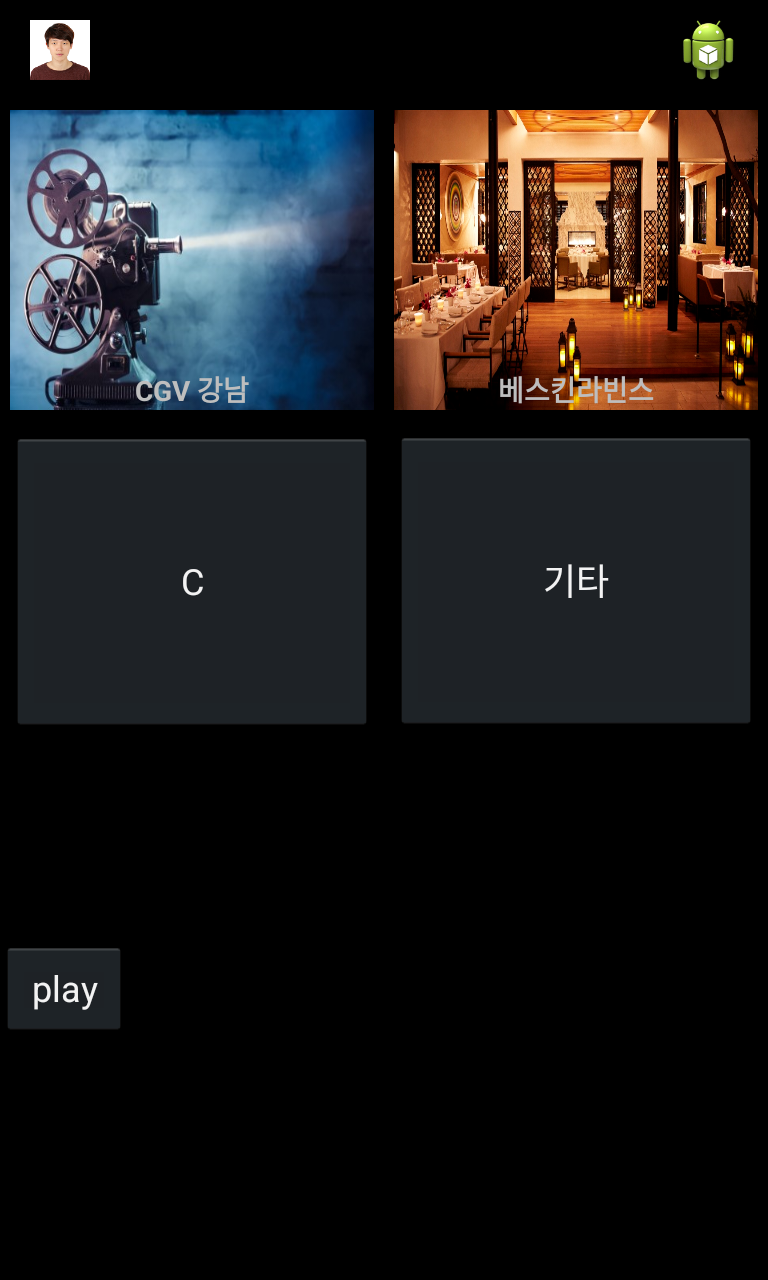
Repository: Minsu-Daniel-Kim/tipinboard1.0
Layout: TipinBoard1.0/res/layout/activity_main.xml
These files come from the project's save history. The layout is drawn as it stood at one moment and after the next save; the edit follows.
It is drawn on a 768 x 1280 px phone screen (xhdpi) without system bars, with theme android:Theme.Holo; the app's code is not run.

Above is the layout before, as saved 2013-04-15 14:13:39.

### TipinBoard1.0/res/layout/activity_main.xml
<?xml version="1.0" encoding="utf-8"?>
<LinearLayout xmlns:android="http://schemas.android.com/apk/res/android"
    android:layout_width="fill_parent"
    android:layout_height="fill_parent"
    android:orientation="vertical" >

    <RelativeLayout
        android:id="@+id/imageView1"
        android:layout_width="fill_parent"
        android:layout_height="50dp"
        android:orientation="horizontal" >

        <RelativeLayout
            android:id="@+id/imageView1"
            android:layout_width="fill_parent"
            android:layout_height="50dp"
            android:onClick="myPage"
            android:orientation="horizontal" >

            <ImageView
                android:id="@+id/iv_profile"
                android:layout_width="40dp"
                android:layout_height="40dp"
                android:layout_alignParentBottom="true"
                android:layout_alignParentLeft="true"
                android:layout_margin="10dp"
                android:onClick="myPage"
                android:src="@drawable/daniel" />

            <TextView
                android:id="@+id/tv_username"
                android:layout_width="wrap_content"
                android:layout_height="fill_parent"
                android:layout_toRightOf="@+id/iv_profile"
                android:gravity="center_vertical"
                android:onClick="myPage"
                android:textStyle="bold" />
        </RelativeLayout>

        <ImageView
            android:layout_width="40dp"
            android:layout_height="40dp"
            android:layout_alignParentBottom="true"
            android:layout_alignParentRight="true"
            android:layout_margin="10dp"
            android:src="@drawable/ic_launcher" />
    </RelativeLayout>

    <LinearLayout
        xmlns:android="http://schemas.android.com/apk/res/android"
        android:layout_width="fill_parent"
        android:layout_height="wrap_content"
        android:orientation="horizontal" >

        <RelativeLayout
            android:layout_margin="5dp"
            android:id="@+id/button1"
            android:layout_width="0dp"
            android:layout_height="150dp"
            android:layout_weight="1"
            android:background="@drawable/movie"
            android:onClick="detail" >

            <TextView
                android:id="@+id/textView1"
                android:layout_width="fill_parent"
                android:layout_height="wrap_content"
                android:layout_alignParentBottom="true"
                android:gravity="center_horizontal"
                android:text="CGV 강남"
                android:textStyle="bold" />
        </RelativeLayout>

        <RelativeLayout
            android:id="@+id/button1"
              android:layout_margin="5dp"
            android:layout_width="0dp"
            android:layout_height="150dp"
            android:layout_weight="1"
            android:background="@drawable/restaurant"
            android:onClick="detail" >

            <TextView
                android:id="@+id/textView1"
                android:layout_width="fill_parent"
                android:layout_height="wrap_content"
                android:layout_alignParentBottom="true"
                android:gravity="center_horizontal"
                android:text="베스킨라빈스"
                android:textStyle="bold" />
        </RelativeLayout>
    </LinearLayout>

    <LinearLayout
        xmlns:android="http://schemas.android.com/apk/res/android"
        android:layout_width="fill_parent"
        android:layout_height="wrap_content"
        android:orientation="horizontal" >

        <Button
            android:id="@+id/button1"
              android:layout_margin="5dp"
            android:layout_width="0dp"
            android:layout_height="150dp"
            android:layout_weight="1"
            android:text="C" />

        <Button
            android:id="@+id/button1"
              android:layout_margin="5dp"
            android:layout_width="0dp"
            android:layout_height="150dp"
            android:layout_weight="1"
            android:text="기타" />
    </LinearLayout>

    <FrameLayout
        android:id="@+id/videoLayout"
        android:layout_width="120dp"
        android:layout_height="100dp" />

    <Button
        android:id="@+id/button2"
        android:layout_width="wrap_content"
        android:layout_height="wrap_content"
        android:onClick="play"
        android:text="play" />

</LinearLayout>

After the next save:
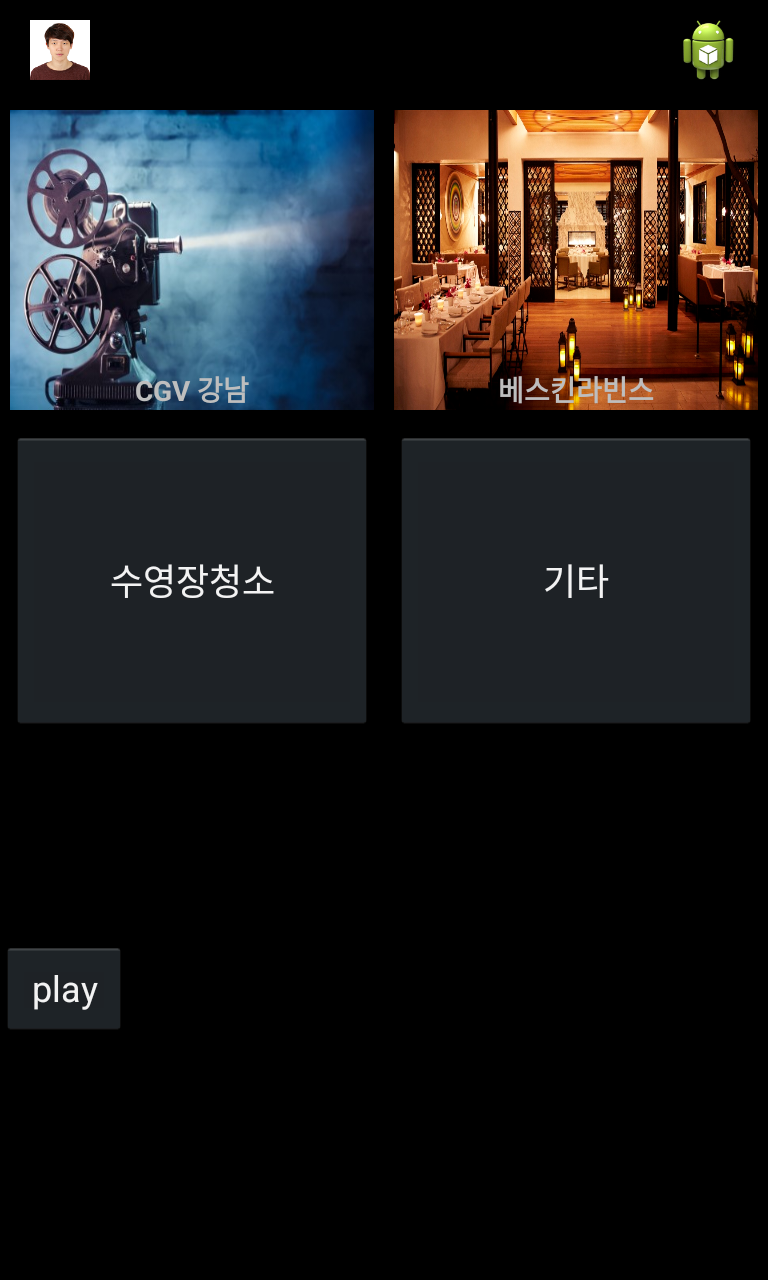
Saved 13 s later.
--- a/TipinBoard1.0/res/layout/activity_main.xml
+++ b/TipinBoard1.0/res/layout/activity_main.xml
@@ -103,7 +103,7 @@
             android:layout_width="0dp"
             android:layout_height="150dp"
             android:layout_weight="1"
-            android:text="C" />
+            android:text="수영장청소" />
 
         <Button
             android:id="@+id/button1"
